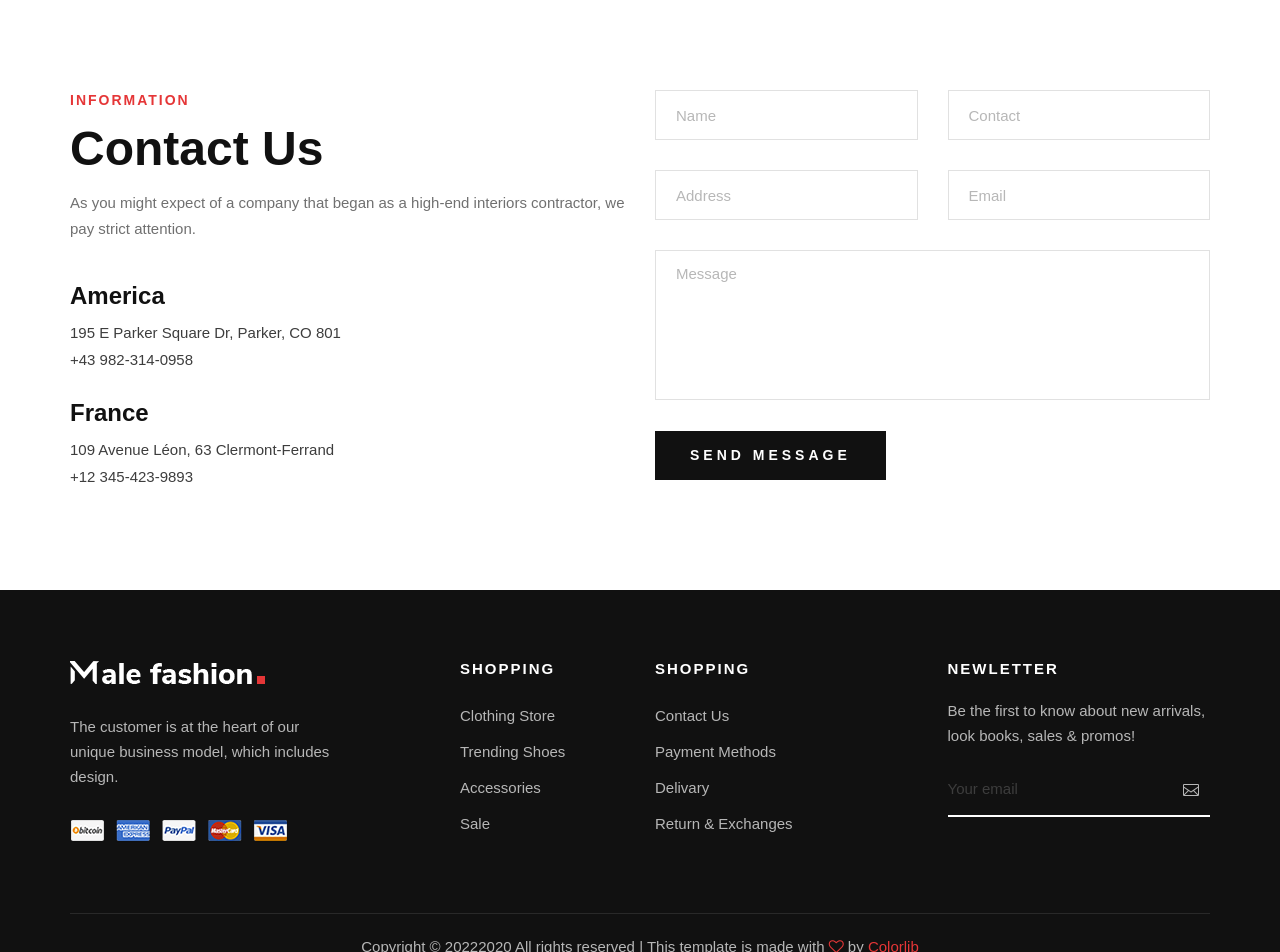
Repository: ArpanJain5/projects
Page: http://localhost/male_fashion/seller-registration.jsp
These files come from the project's save history. The page is drawn as it stood at one moment and after the next save; the edit follows.
The browser window is 1280 px wide. The pictures show the part of the page from y = 640 to 1592 px (the page is 1619 px tall before and 1690 px after).
Some web fonts or font styles are not loaded; a fallback is used. The page is served by Tomcat 9.

Above is the page before, as saved 2022-07-19 11:39:59.

After the next save:
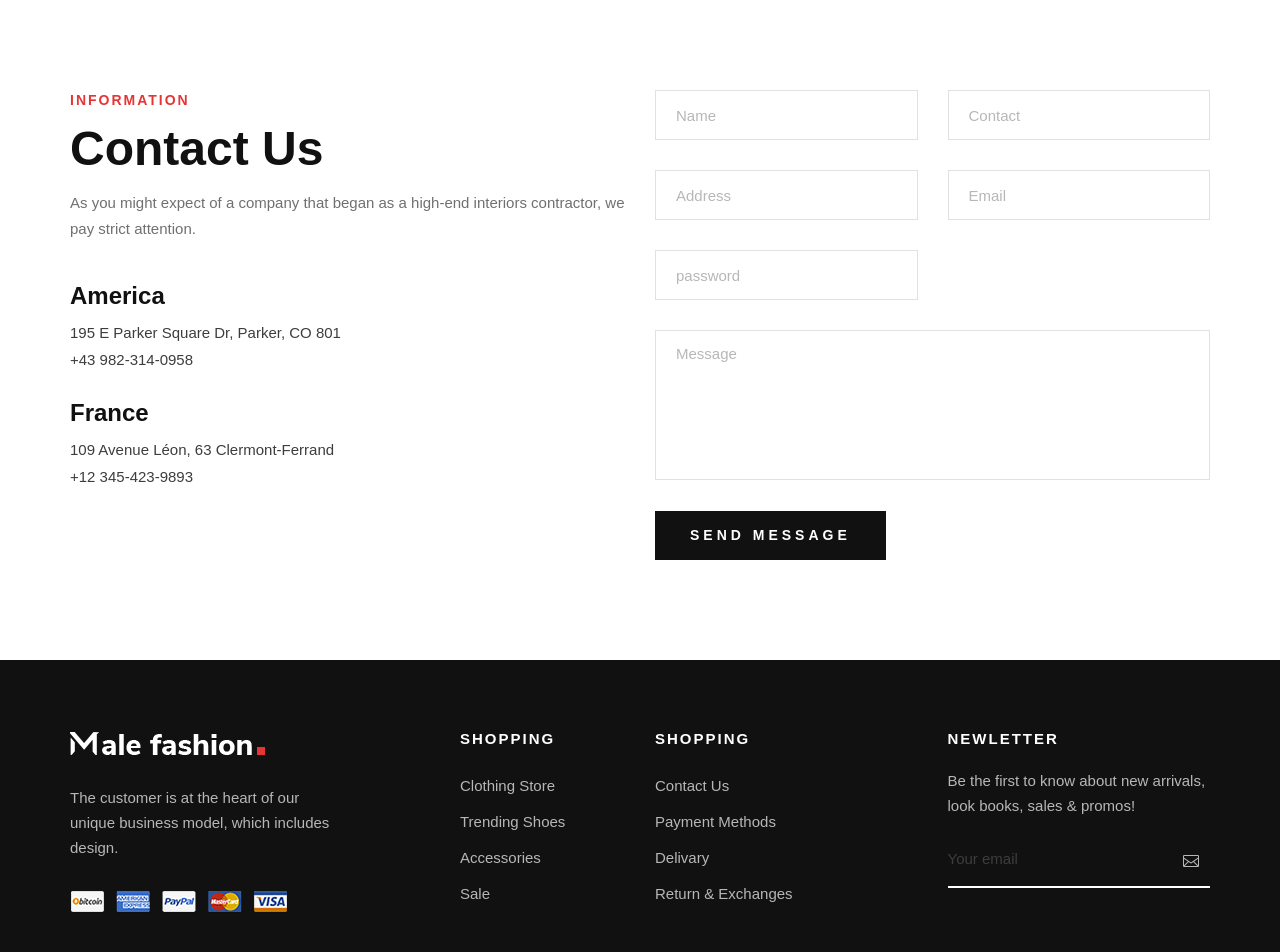
Saved 17 s later.
--- a/male fashion/src/main/webapp/seller-registration.jsp
+++ b/male fashion/src/main/webapp/seller-registration.jsp
@@ -181,6 +181,9 @@
                                 <div class="col-lg-6">
                                     <input type="text" placeholder="Email">
                                 </div>
+                                <div class="col-lg-6">
+                                    <input type="password" placeholder="password">
+                                </div>
                                 <div class="col-lg-12">
                                     <textarea placeholder="Message"></textarea>
                                     <button type="submit" class="site-btn">Send Message</button>
